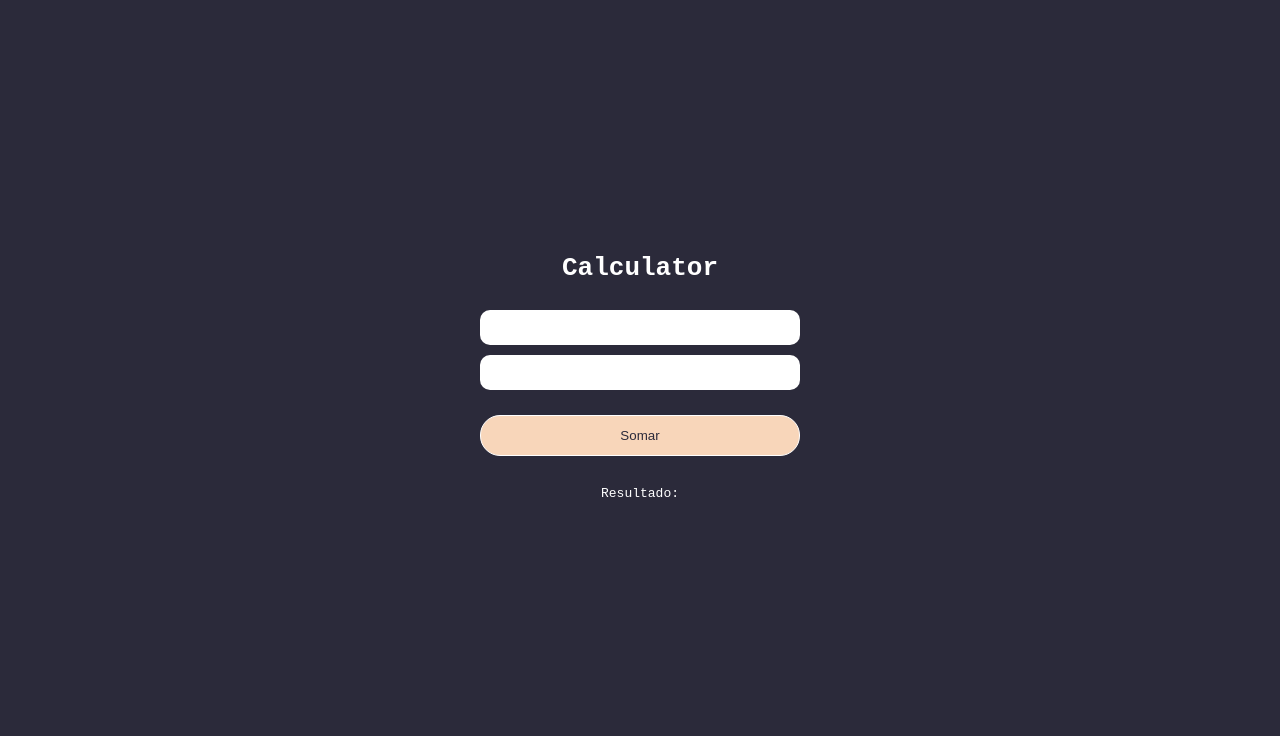
Repository: MilenaMelo/test-calculator-selenium
Page: calculadora.html
An editor plug-in stored every save of this project. The page is shown before and after the next save, followed by the edit.
The browser window is 1280 px wide. The pictures show the whole page.

Above is the page before, as saved 2021-04-29 17:05:54.

After the next save:
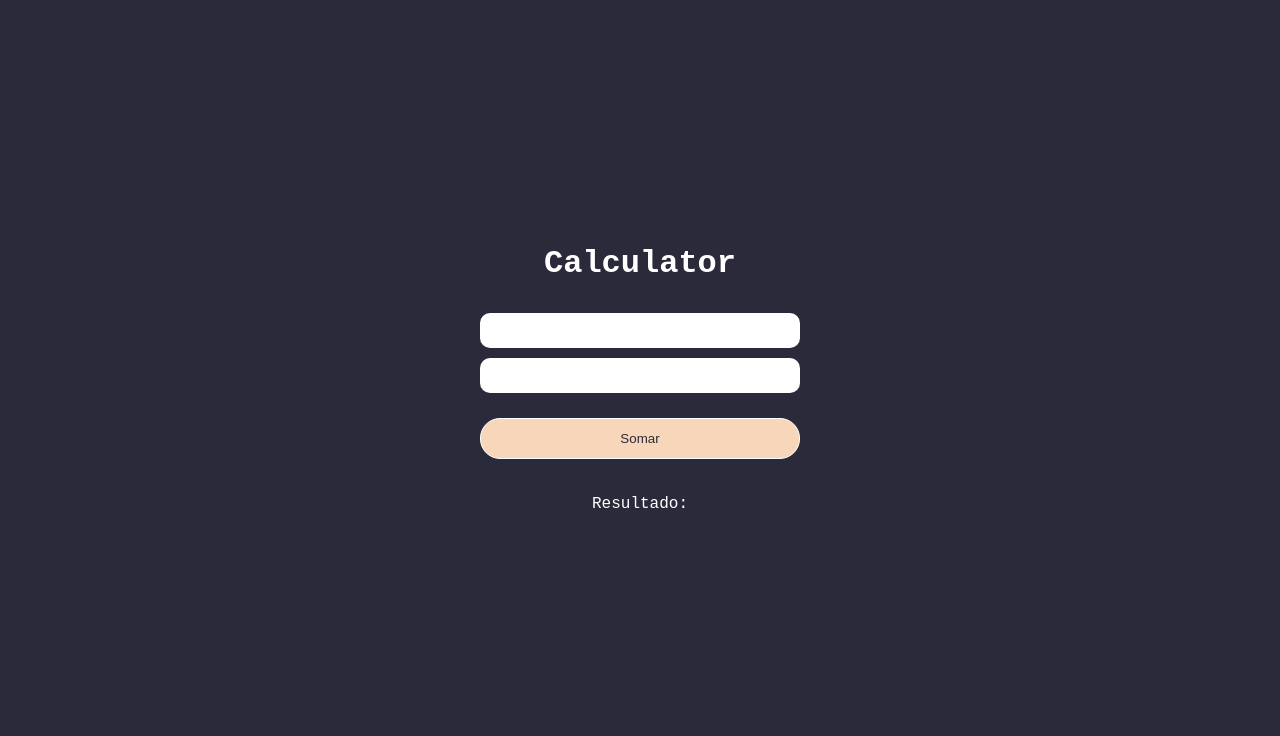
Saved 58 s later.
--- a/style.css
+++ b/style.css
@@ -7,6 +7,7 @@ body {
     background-color: #2B2A3A;
     color: #ffffff;
     font-family: monospace;
+    font-size: 16px;
 }
 
 input {
